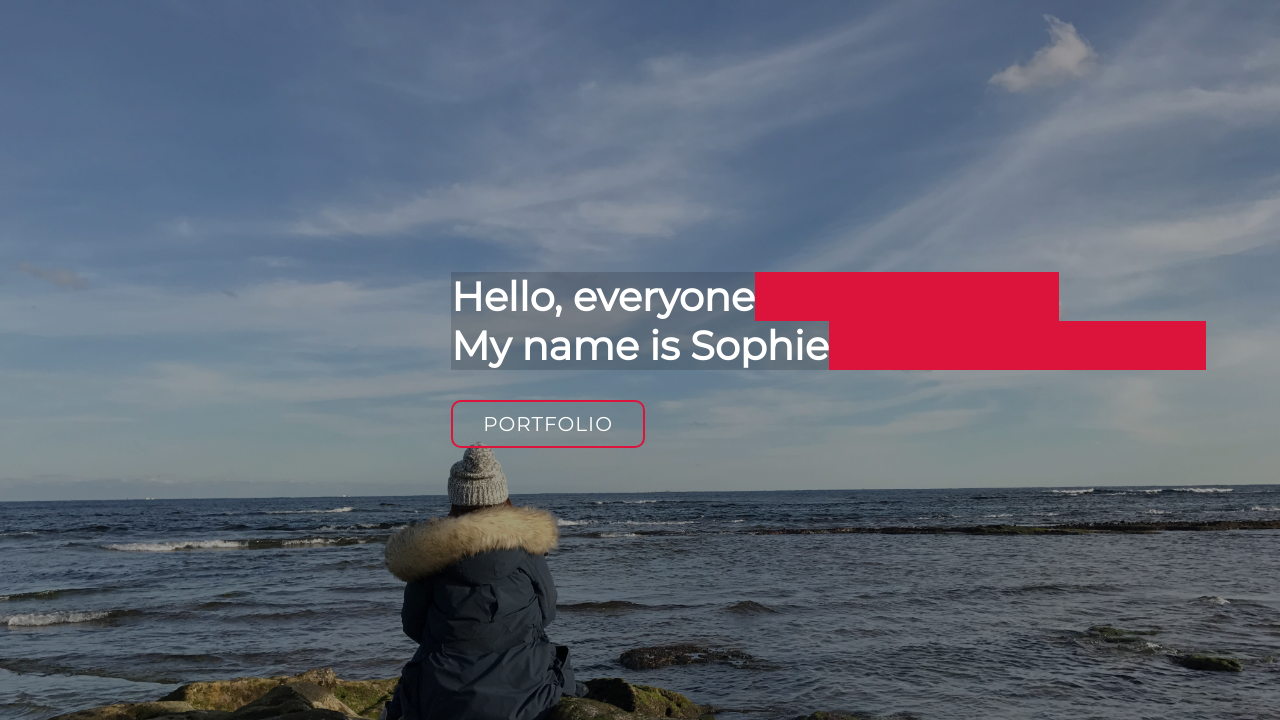
Repository: wenxi0504/StaticWebsite_Profolio
Page: index.html
An editor plug-in stored every save of this project. The page is shown before and after the next save, followed by the edit.
The browser window is 1280 px wide. The pictures show the whole page.

Above is the page before, as saved 2022-03-01 23:15:40.

After the next save:
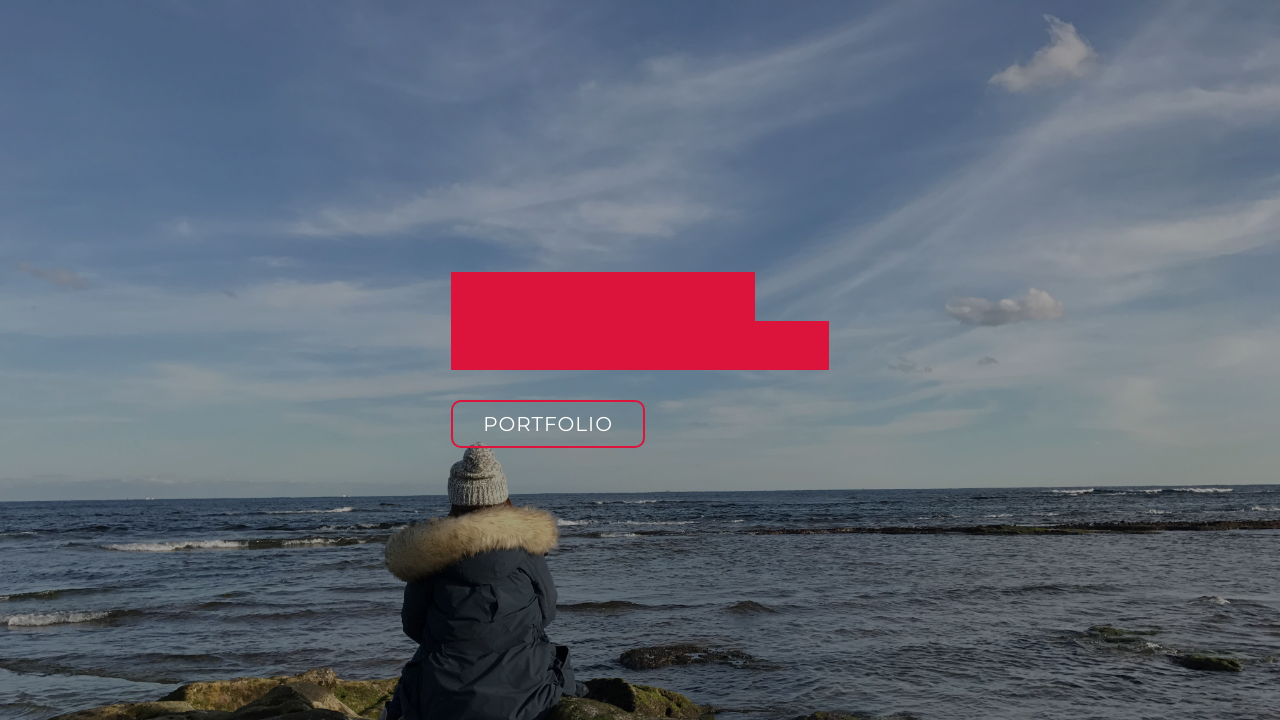
Saved 20 s later.
--- a/style.css
+++ b/style.css
@@ -56,8 +56,8 @@ z-index:1;
 }
 #myIntro h1 span{
     position: absolute;
-    /* top:0;
-    left:0; */
+    top:0;
+    left:0;
     height: 100%;
     width: 100%;
     background-color:crimson;
